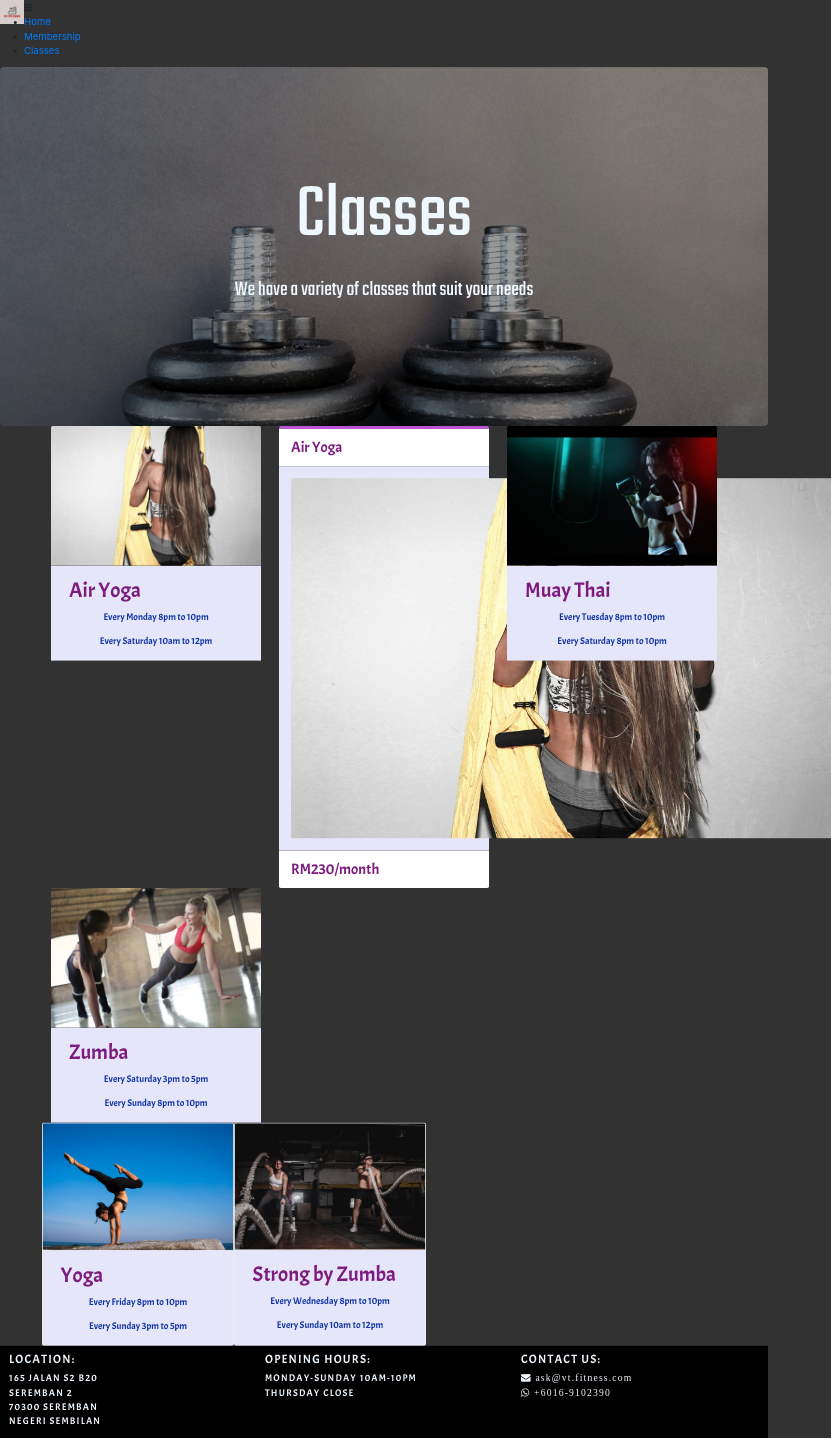
Repository: Code-Institute-Submissions/Project-One-6
Page: classes.html
The author's editor kept a record of every edit. The page is drawn from the files as they stood at one moment, then again after the next edit.
The browser window is 1280 px wide. The page is 1385 px wide, then 1280 px, so the pictures cover 1385 px, including what lies to the right of the window. The pictures show the whole page, at 60% of full size.

Above is the page before.

### classes.html
<!DOCTYPE html>
<html lang="en">

<head>
    <meta charset="UTF-8">
    <meta name="viewport" content="width=device-width, initial-scale=1.0">
    <meta http-equiv="X-UA-Compatible" content="ie=edge">
    <link rel="stylesheet" href="https://stackpath.bootstrapcdn.com/bootstrap/4.3.1/css/bootstrap.min.css" type="text/css" />
    <link rel="stylesheet" href="https://stackpath.bootstrapcdn.com/font-awesome/4.7.0/css/font-awesome.min.css" type="text/css" />
    <link rel="stylesheet" href="https://cdnjs.cloudflare.com/ajax/libs/hover.css/2.3.1/css/hover.css" type="text/css" />
    <link rel="stylesheet" href="style.css" type="text/css" />
    <title>VT Fitness</title>
</head>

<body>
    <header>
        <nav class="navDefault">
            <div>
                <img class="logo" src="images/logo.jpg" />
            </div>
            <div class="dropdown">
                <div class="icon-bars"><i class="fa fa-bars icon"></i></div>
                <ul class="dropdownMenu">
                    <li class="dropdownItem"><a href="index.html" class="dropdownLink">Home</a></li>
                    <li class="dropdownItem"><a href="membership.html" class="dropdownLink">Membership</a></li>
                    <li class="dropdownItem"><a href="classes.html" class="dropdownLink">Classes</a></li>
                </ul>
            </div>
        </nav>
    </header>
    <section>
        <div class="jumbotron" id="classes">
            <div class="schedule">
                <p class="membership-title">Classes</p>
                <p class="membership-quote">We have a variety of classes that suit your needs</p>
            </div>
        </div>
    </section>
    <section>
        <div class="container">
        <div class="row">
            <div class="col-sm-12 col-md-4">
                <img src="images/air yoga.jpg" class="card-img-top">
                <div class="card-body">
                    <h4 class="card-title">Air Yoga</h4>
                    <p class="card-text">Every Monday 8pm to 10pm</p>
                    <p class="card-text">Every Saturday 10am to 12pm</p>
                </div>
            </div>
            <div class="col-sm-12 col-md-4">
                    <div class="card-header">Air Yoga</div>
                    <div class="card-body">
                        <img src="images/air yoga.jpg">
                    </div>
                    <div class="card-footer">RM230/month</div>
                </div>
            <div class="col-sm-12 col-md-4">
                <img src="images/muay thai.jpg" class="card-img-top">
                <div class="card-body">
                    <h4 class="card-title">Muay Thai</h4>
                    <p class="card-text">Every Tuesday 8pm to 10pm</p>
                    <p class="card-text">Every Saturday 8pm to 10pm</p>
                </div>
            </div>
            <div class="col-sm-12 col-md-4">
                <img src="images/zumba.jpg" class="card-img-top">
                <div class="card-body">
                    <h4 class="card-title">Zumba</h4>
                    <p class="card-text">Every Saturday 3pm to 5pm</p>
                    <p class="card-text">Every Sunday 8pm to 10pm</p>
                </div>
            </div>
        </div>
        <div class="row">
            <div class="card" style="width: 20rem;">
                <img src="images/yoga.jpg" class="card-img-top">
                <div class="card-body">
                    <h4 class="card-title">Yoga</h4>
                    <p class="card-text">Every Friday 8pm to 10pm</p>
                    <p class="card-text">Every Sunday 3pm to 5pm</p>
                </div>
            </div>
            <div class="card" style="width: 20rem;">
                <img src="images/strong by zumba.jpg" class="card-img-top">
                <div class="card-body">
                    <h4 class="card-title">Strong by Zumba</h4>
                    <p class="card-text">Every Wednesday 8pm to 10pm</p>
                    <p class="card-text">Every Sunday 10am to 12pm</p>
                </div>
            </div>
        </div>
    </section>
    <footer class="container-fluid">
        <div class="row">
            <div id="footer-detail" class="col-sm-4 cap">
                <h5 class="inline-block">Location:</h5>
                <p>165 Jalan S2 B20
                    <br>Seremban 2
                    <br>70300 Seremban
                    <br>Negeri Sembilan</p>
            </div>
            <div id="footer-detail" class="col-sm-4 cap">
                <h5 class="inline-block">Opening Hours:</h5>
                <p>Monday-Sunday 10am-10pm
                    <br>Thursday close
                </p>
            </div>
            <div id="footer-detail" class="col-sm-4">
                <h5 class="cap">Contact Us:</h5>
                <ul class="list-inline social">
                    <li>
                        <i class="fa fa-envelope" aria-hidden="true">
                    <span>ask@vt.fitness.com</span>
                    </i>
                    </li>
                    <li>
                        <i class="fa fa-whatsapp" aria-hidden="true">
                    <span>+6016-9102390</span>
                    </i>
                    </li>
                </ul>
            </div>
        </div>

    </footer>
</body>

</html>

### style.css
@import url('https://fonts.googleapis.com/css?family=Acme|Bangers|Lilita+One|Pacifico|Teko&display=swap');

/*-------------------------------------Header------------------------------------*/

header {
    margin: 0;
}

body {
    background-color: #323232;
}

/*-------------------------------------Nav Bar------------------------------------*/

.logo {
    width: 40px;
    height: 40px;
    float: left;
}

.dropdown-item {
    text-align: center;
    font-family: "Acme", sans-serif;
    color: #0080fe;
    width: 150px;
    background-color: rgba(0, 0, 0, 0.2);
    float: right;
}

.dropdown-item:hover {
    text-decoration: none;
    text-align: center;
    color: #f0f8ff;
    width: 150px;
    background-color: rgba(0, 0, 0, 0.7);
}

/*-----------------------------------Home page-----------------------------------*/

#workout {
    background-attachment: scroll;
    background-image: url('images/Workout.jpg');
    background-position: center;
    background-size: cover;
    background-repeat: no-repeat;
    height: 100vh;
    width: 100vw;
    margin-bottom: 0px;
    z-index: -1;
    padding: 0;
}

.vertical-center {
    margin: 0;
    position: absolute;
    top: 50%;
    left: 50%;
    transform: translate(-50%, -50%);
}

.banner-slogan {
    font-family: "teko", sans-serif;
    color: #f0f8ff;
    margin: 0;
    text-align: center;
}

.banner-title {
    font-family: "teko", sans-serif;
    color: #f0f8ff;
    margin: 0;
    text-align: center;
}

.banner-quote {
    font-family: "teko", sans-serif;
    color: #f0f8ff;
    margin-bottom: 10px;
    text-align: center;
}

@media only screen and (max-width: 576px) {
    .banner-slogan {
        font-size: 45px;
        width: 350px;
    }
    .banner-title {
        font-size: 25px;
        width: 350px;
    }
    .banner-quote {
        font-size: 20px;
        width: 350px;
    }
}

@media only screen and (min-width: 577px) and (max-width: 768px) {
    .banner-slogan {
        font-size: 70px;
        width: 500px;
    }
    .banner-title {
        font-size: 30px;
        width: 500px;
    }
    .banner-quote {
        font-size: 25px;
        width: 500px;
    }
}

@media only screen and (min-width: 769px) and (max-width: 992px) {
    .banner-slogan {
        font-size: 95px;
        width: 700px;
    }
    .banner-title {
        font-size: 40px;
        width: 700px;
    }
    .banner-quote {
        font-size: 32px;
        width: 700px;
    }
}

@media only screen and (min-width: 993px) {
    .banner-slogan {
        font-size: 115px;
        width: 850px;
    }
    .banner-title {
        font-size: 50px;
        width: 850px;
    }
    .banner-quote {
        font-size: 38px;
        width: 850px;
    }
}

.btn {
    margin: 0 auto;
    display: block;
}

.btn>a {
    font-family: "Bangers", sans-serif;
    color: #f0f8ff;
    text-transform: uppercase;
}

.btn>a:hover {
    text-decoration: none;
    color: #000000;
}

/*------------------------------------Core Value----------------------------------*/

.cv-title {
    text-align: center;
    font-family: "Bangers", sans-serif;
    color: #990000;
    font-size: 50px;
    margin-bottom: 70px;
    margin-top: 0;
}

.core-value {
    margin: 0;
    padding-top: 50px;
    padding-left: 80px;
    padding-right: 80px;
}

/*------------------------------------Sign Up------------------------------------*/

#signup {
    background-image: url('images/counter.jpg');
    background-size: cover;
    background-attachment: scroll;
    background-repeat: no-repeat;
    background-position: center;
    z-index: -1;
    margin: 0;
    padding: 0;
}

.signup-form {
    padding-top: 150px;
    padding-bottom: 150px;
    background-color: rgba(0, 0, 0, 0.5);
}

.title {
    font-family: "teko", sans-serif;
    color: #f6fffb;
    margin: 0 auto;
    text-align: center;
}

.quote {
    font-family: "Acme", sans-serif;
    color: #f0f8ff;
    text-align: center;
    margin: 0 auto;
}

@media only screen and (max-width: 576px) {
    .title {
        font-size: 50px;
        width: 300px;
    }
    .quote {
        font-size: 15px;
        width: 300px;
    }
}

@media only screen and (min-width: 577px) and (max-width: 768px) {
    .title {
        font-size: 70px;
        width: 500px;
    }
    .quote {
        font-size: 20px;
        width: 500px;
    }
}

@media only screen and (min-width: 769px) and (max-width: 992px) {
    .title {
        font-size: 90px;
        width: 700px;
    }
    .quote {
        font-size: 30px;
        width: 700px;
    }
}

@media only screen and (min-width: 993px) {
    .title {
        font-size: 105px;
        width: 850px;
    }
    .quote {
        font-size: 35px;
        width: 850px;
    }
}

/*-------------------------------------Video------------------------------------*/

.video {
    text-align: center;
    background-image: url('images/gym.jpg');
}

.video-title {
    font-family: "Lilita One", sans-serif;
    color: #5c5c5c;
    margin-bottom: 0px;
}

@media only screen and (min-width: 768px) and (max-width: 992px) {
    .video-title {
        font-size: 45px;
    }
}

@media only screen and (min-width: 993px) {
    .video-title {
        font-size: 70px;
    }
}

/*-------------------------------------Footer------------------------------------*/

footer {
    background-color: #000000;
    color: #f0f8ff;
    bottom: 0;
}

#footer-detail {
    font-size: 16px;
    font-weight: 100;
    font-family: "Acme", sans-serif;
    letter-spacing: 2px;
    color: #f0f8ff;
    margin-top: 10px;
}

.cap {
    text-transform: uppercase;
}

.details {
    font-size: 16px;
    font-weight: 100;
    font-family: "Acme", sans-serif;
}

/*----------------------------------Membership----------------------------------*/

#membership {
    background-attachment: scroll;
    background-image: url('images/membership.jpg');
    background-position: center;
    background-size: cover;
    background-repeat: no-repeat;
    height: 100vh;
    width: 100vw;
    margin-bottom: 0px;
    z-index: -1;
}

.membership-title {
    font-family: "teko", sans-serif;
    color: #f0f8ff;
    text-align: center;
    margin: 0;
}

.membership-quote {
    font-family: "teko", sans-serif;
    color: #f0f8ff;
    text-align: center;
    margin: 0;
}

.package {
    margin-top: 40px;
    margin-bottom: 80px;
    text-align: center;
}

.slogan {
    font-family: "teko", sans-serif;
    color: #f6fffb;
    padding: 0;
    margin: 0;
}

.card-header {
    background-color: #ffffff;
    border-top: 5px solid #ba55d3;
    font-family: "acme", sans-serif;
    font-size: 25px;
    color: #7d1b7e;
}

.card-body {
    background-color: #e6e6fa;
}

.card-text {
    font-family: "acme", sans-serif;
    color: #1034a6;
    text-align: center;
}

.card-footer {
    background-color: #ffffff;
    font-family: "acme", sans-serif;
    font-size: 25px;
    color: #7d1b7e;
    padding: 5;
}

.slogan-text {
    font-family: "teko", sans-serif;
    font-size: 30px;
    color: #f6fffb;

}

@media only screen and (max-width: 576px) {
    .membership-title {
        font-size: 55px;
    }
    .membership-quote {
        font-size: 25px;
    }
    .slogan {
        font-size: 50px;
    }
    .slogan-text {
        font-size: 20px;
    }
    .card-footer {
        margin-bottom: 20px;
    }
}

@media only screen and (min-width: 577px) and (max-width: 768px) {
    .membership-title {
        font-size: 80px;
    }
    .membership-quote {
        font-size: 25px;
    }
    .slogan {
        font-size: 65px;
    }
    .slogan-text {
        font-size: 25px;
    }
    .card-footer {
        margin-bottom: 20px;
    }
}

@media only screen and (min-width: 769px) and (max-width: 992px) {
    .membership-title {
        font-size: 110px;
    }
    .membership-quote {
        font-size: 30px;
    }
    .slogan {
        font-size: 85px;
    }
    .slogan-text {
        font-size: 30px;
    }
}

@media only screen and (min-width: 993px) {
    .membership-title {
        font-size: 130px;
    }
    .membership-quote {
        font-size: 35px;
    }
    .slogan {
        font-size: 100px;
    }
    .slogan-text {
        font-size: 30px;
    }
}



/*----------------------------------Classes----------------------------------*/

#classes {
    background-attachment: scroll;
    background-image: url('images/class.jpg');
    background-position: center;
    background-size: cover;
    background-repeat: no-repeat;
    z-index: -1;
    padding: 0;
    margin: 0;
}

.schedule {
    padding-top: 150px;
    padding-bottom: 200px;
    background-color: rgba(0,0,0,0.4);
}

.card-body-class {
    background-color: #e6e6fa;
    margin-top: 50px;
    margin-bottom: 50px;
    border-radius: 5px;
    border-bottom: 5px solid #ba55d3;
}

.card-title {
    font-family: "acme", sans-serif;
    font-size: 35px;
    color: #7d1b7e;
    padding-left: 10px;
}

.text {
    font-family: "acme", sans-serif;
    font-size: 23px;
    color: #1034a6;
    padding-left: 10px;
}

@media only screen and (max-width: 576px) {
    .card-body-class {
        margin-top: 20px;
        margin-bottom: 20px;
    }
    .text {
    font-size: 18px;
    }
}

@media only screen and (min-width: 577px) and (max-width: 768px) {
    .card-body-class {
        margin-top: 20px;
        margin-bottom: 20px;
    }
    .text {
    font-size: 18px;
    }
}

After the next edit:
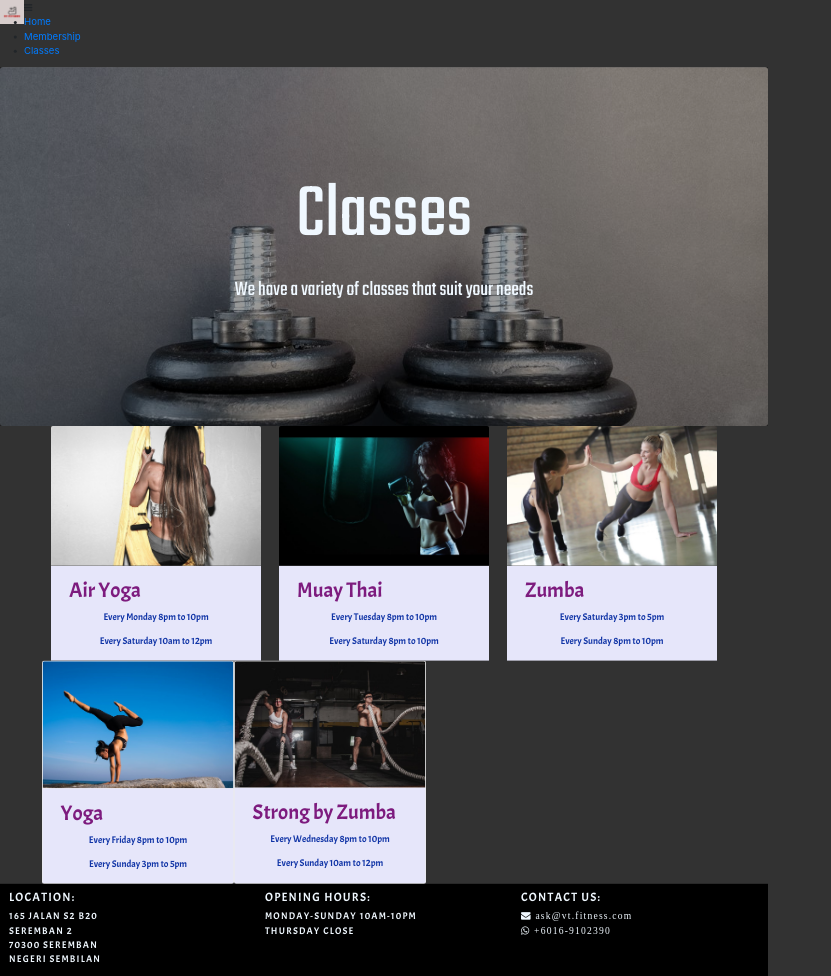
The edit:
--- a/classes.html
+++ b/classes.html
@@ -47,13 +47,6 @@
                     <p class="card-text">Every Saturday 10am to 12pm</p>
                 </div>
             </div>
-            <div class="col-sm-12 col-md-4">
-                    <div class="card-header">Air Yoga</div>
-                    <div class="card-body">
-                        <img src="images/air yoga.jpg">
-                    </div>
-                    <div class="card-footer">RM230/month</div>
-                </div>
             <div class="col-sm-12 col-md-4">
                 <img src="images/muay thai.jpg" class="card-img-top">
                 <div class="card-body">
